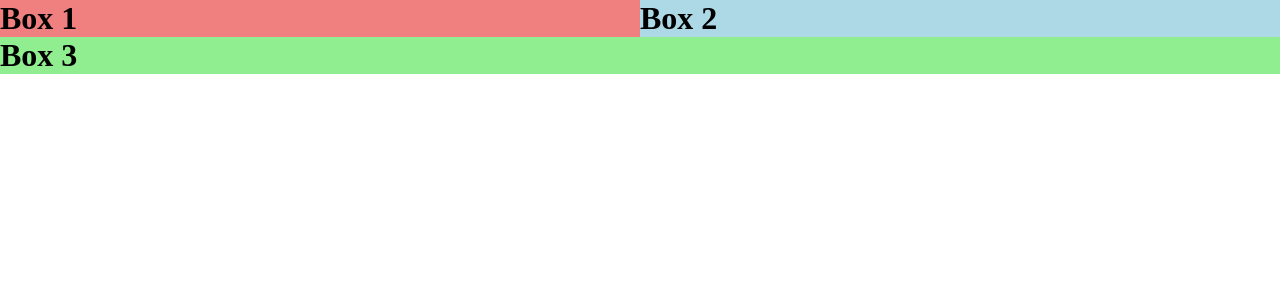
Repository: situmorang-com/grid-system
Page: index.html
An editor plug-in stored every save of this project. The page is shown before and after the next save, followed by the edit.
The browser window is 1280 px wide. The pictures show the whole page.

Above is the page before, as saved 2020-06-24 18:01:46.

After the next save:
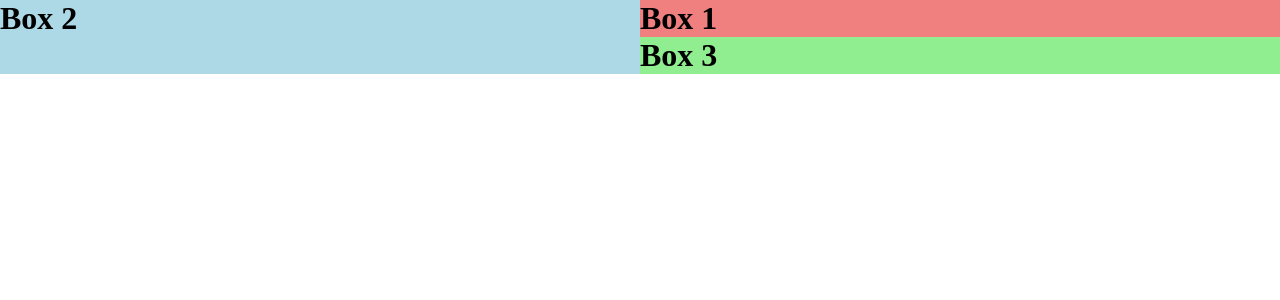
Saved 7 min 56 s later.
--- a/style.css
+++ b/style.css
@@ -22,10 +22,14 @@
     grid-template-rows: 1fr 1fr;
 }
 
-.box3 {
-    /* grid-column-start: 1;
-    grid-column-end: 3; */
+/* .box3 {
+    grid-column-start: 1;
+    grid-column-end: 3;
 
     grid-column: 1/3;
 
+} */
+
+.box2 {
+    grid-row: 1/3;
 }
